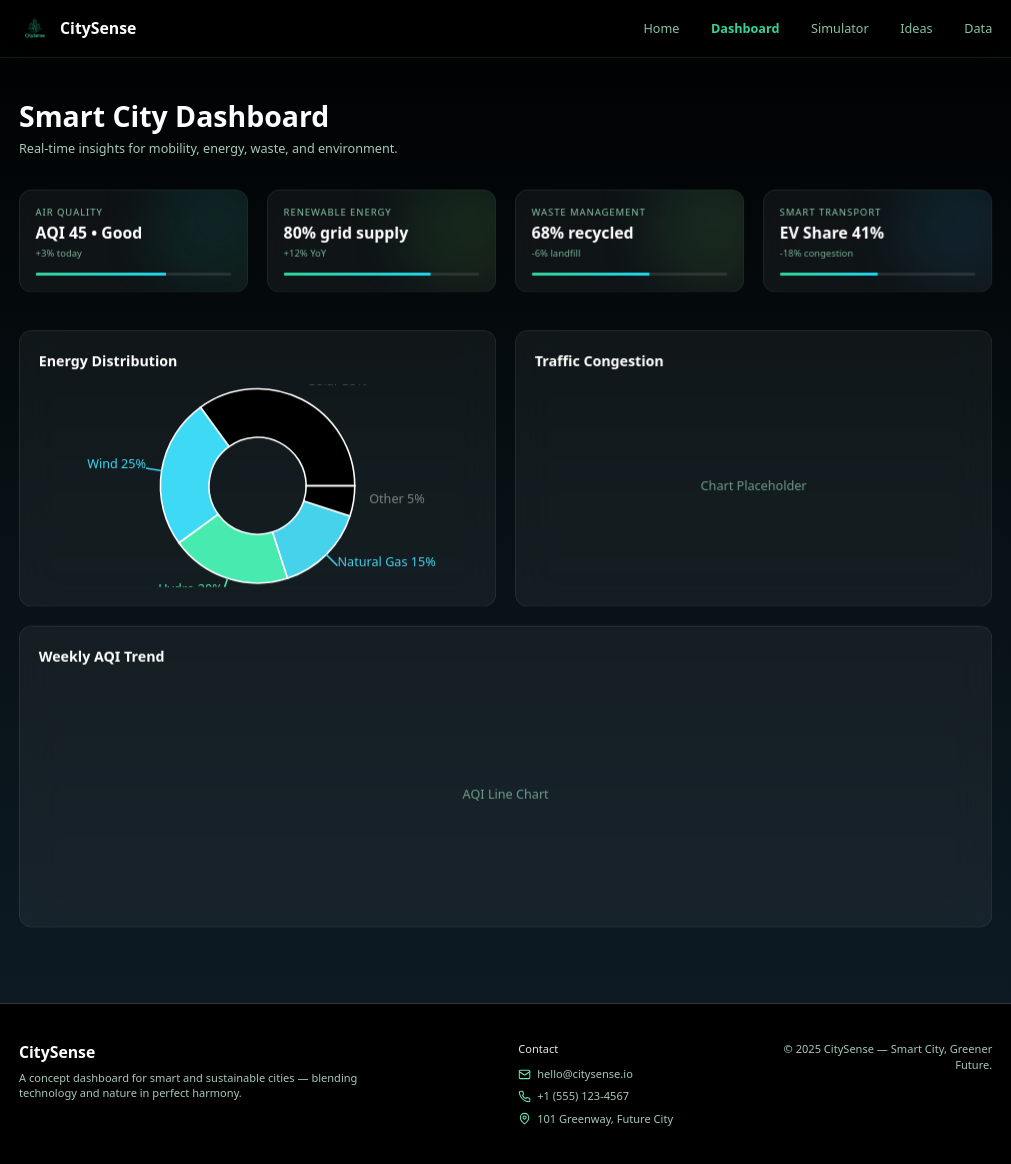
Repository: crashyet/CitySense
Page: /dashboard
An editor plug-in stored every save of this project. The page is shown before and after the next save, followed by the edit.
The browser window is 1280 px wide. The pictures show the whole page, at 79% of full size.
The project was rebuilt for these pictures with package versions that can differ from the ones it lists, and the page was loaded fresh each time. Also part of the build but not shown: vite.config.js, src/pages/landing/Hero.jsx, src/pages/landing/DashboardPreview.jsx, src/pages/landing/Infographic.jsx, src/pages/landing/Community.jsx, src/pages/landing/index.jsx, src/pages/Simulator/index.jsx, src/pages/Ideas/index.jsx and 1 more.

Above is the page before, as saved 2025-11-16 23:00:51.

### src/App.jsx
import { Routes, Route } from "react-router-dom";

import Landing from "./pages/landing";
import Dashboard from "./pages/Dashboardpack";
import Simulator from "./pages/Simulator";
import Ideas from "./pages/Ideas";
import DataPage from "./pages/Data";

export default function App() {
  return (
    <Routes>
      <Route path="/" element={<Landing />} />
      <Route path="/dashboard" element={<Dashboard />} />
      <Route path="/simulator" element={<Simulator />} />
      <Route path="/ideas" element={<Ideas />} />
      <Route path="/data" element={<DataPage />} />
    </Routes>
  );
}

### src/pages/Dashboardpack/index.jsx
import Navbar from "../../components/Navbar";
import Footer from "../../components/Footer";
import EnergyPieChart from "../../components/EnergyPieChart";

export default function Dashboardpack() {
  return (
    <>
      <Navbar />

      <div className="relative w-full bg-gradient-to-b from-black via-[#071014] to-[#0d1a24] text-white pb-24 pt-32">

        <div className="mx-auto max-w-7xl px-6">

          {/* Header */}
          <div className="mb-10">
            <h1 className="text-3xl md:text-4xl font-semibold">Smart City Dashboard</h1>
            <p className="text-emerald-100/80 mt-2">
              Real-time insights for mobility, energy, waste, and environment.
            </p>
          </div>

          {/* Top Stats */}
          <div className="grid grid-cols-1 md:grid-cols-2 lg:grid-cols-4 gap-6 mb-12">

            {/* Card */}
            <div className="group relative overflow-hidden rounded-2xl border border-white/10 bg-white/5 p-5 backdrop-blur-xl transition hover:border-emerald-300/40">
              <div className="absolute -right-10 -top-10 h-40 w-40 rounded-full bg-gradient-to-br
              from-cyan-500/30 to-emerald-500/30 opacity-40 blur-2xl" />

              <div className="relative">
                <p className="text-xs uppercase tracking-widest text-emerald-200/80">Air Quality</p>
                <p className="mt-1 text-xl font-semibold">AQI 45 • Good</p>
                <p className="text-xs text-emerald-200/70 mt-1">+3% today</p>
                <div className="mt-4 h-1 w-full bg-white/10 rounded-full overflow-hidden">
                  <div className="h-full w-2/3 bg-gradient-to-r from-emerald-400 to-cyan-400"></div>
                </div>
              </div>
            </div>

            {/* Card */}
            <div className="group relative overflow-hidden rounded-2xl border border-white/10 bg-white/5 p-5 backdrop-blur-xl transition hover:border-emerald-300/40">
              <div className="absolute -right-10 -top-10 h-40 w-40 rounded-full bg-gradient-to-br
              from-emerald-500/30 to-lime-400/30 opacity-40 blur-2xl" />

              <div className="relative">
                <p className="text-xs uppercase tracking-widest text-emerald-200/80">Renewable Energy</p>
                <p className="mt-1 text-xl font-semibold">80% grid supply</p>
                <p className="text-xs text-emerald-200/70 mt-1">+12% YoY</p>
                <div className="mt-4 h-1 w-full bg-white/10 rounded-full overflow-hidden">
                  <div className="h-full w-3/4 bg-gradient-to-r from-emerald-400 to-cyan-400"></div>
                </div>
              </div>
            </div>

            {/* Card */}
            <div className="group relative overflow-hidden rounded-2xl border border-white/10 bg-white/5 p-5 backdrop-blur-xl transition hover:border-emerald-300/40">
              <div className="absolute -right-10 -top-10 h-40 w-40 rounded-full bg-gradient-to-br
              from-teal-400/30 to-lime-400/30 opacity-40 blur-2xl" />

              <div className="relative">
                <p className="text-xs uppercase tracking-widest text-emerald-200/80">Waste Management</p>
                <p className="mt-1 text-xl font-semibold">68% recycled</p>
                <p className="text-xs text-emerald-200/70 mt-1">-6% landfill</p>
                <div className="mt-4 h-1 w-full bg-white/10 rounded-full overflow-hidden">
                  <div className="h-full w-3/5 bg-gradient-to-r from-emerald-400 to-cyan-400"></div>
                </div>
              </div>
            </div>

            {/* Card */}
            <div className="group relative overflow-hidden rounded-2xl border border-white/10 bg-white/5 p-5 backdrop-blur-xl transition hover:border-emerald-300/40">
              <div className="absolute -right-10 -top-10 h-40 w-40 rounded-full bg-gradient-to-br
              from-cyan-500/30 to-blue-500/30 opacity-40 blur-2xl" />

              <div className="relative">
                <p className="text-xs uppercase tracking-widest text-emerald-200/80">Smart Transport</p>
                <p className="mt-1 text-xl font-semibold">EV Share 41%</p>
                <p className="text-xs text-emerald-200/70 mt-1">-18% congestion</p>
                <div className="mt-4 h-1 w-full bg-white/10 rounded-full overflow-hidden">
                  <div className="h-full w-1/2 bg-gradient-to-r from-emerald-400 to-cyan-400"></div>
                </div>
              </div>
            </div>

          </div>

          {/* 2 Column Charts */}
          <div className="grid grid-cols-1 md:grid-cols-2 gap-6">

            <div className="rounded-2xl border border-white/10 bg-white/5 p-6 backdrop-blur-xl md:col-span-1">
          <h3 className="text-lg font-semibold mb-4">Energy Distribution</h3>

          <div className="h-64">
            <EnergyPieChart />
          </div>
        </div>

            <div className="rounded-2xl border border-white/10 bg-white/5 p-6 backdrop-blur-xl">
              <h3 className="text-lg font-semibold mb-4">Traffic Congestion</h3>
              <div className="h-64 flex items-center justify-center text-emerald-200/60">
                Chart Placeholder
              </div>
            </div>

            <div className="rounded-2xl border border-white/10 bg-white/5 p-6 backdrop-blur-xl md:col-span-2">
              <h3 className="text-lg font-semibold mb-4">Weekly AQI Trend</h3>
              <div className="h-72 flex items-center justify-center text-emerald-200/60">
                AQI Line Chart
              </div>
            </div>

          </div>
        </div>
      </div>

      <Footer />
    </>
  );
}

### src/components/Navbar.jsx
import { NavLink } from "react-router-dom";
import { useState } from "react";
import Logo from "../assets/logo.png"; // sesuaikan path logo

export default function Navbar() {
  const [open, setOpen] = useState(false);

  const linkClass = ({ isActive }) =>
    isActive
      ? "text-emerald-400 font-semibold"
      : "text-emerald-200/80 hover:text-white";

  return (
    <header className="fixed w-full z-50 bg-black/40 backdrop-blur-xl border-b border-emerald-400/20 px-6 py-4">
      <div className="max-w-7xl mx-auto flex justify-between items-center">

        {/* LOGO */}
        <NavLink to="/" className="flex items-center gap-3">
          <img src={Logo} className="w-10 h-10" />
          <span className="text-xl text-white font-semibold">CitySense</span>
        </NavLink>

        {/* DESKTOP NAV */}
        <nav className="hidden md:flex gap-10">
          <NavLink to="/" className={linkClass}>Home</NavLink>
          <NavLink to="/dashboard" className={linkClass}>Dashboard</NavLink>
          <NavLink to="/simulator" className={linkClass}>Simulator</NavLink>
          <NavLink to="/ideas" className={linkClass}>Ideas</NavLink>
          <NavLink to="/data" className={linkClass}>Data</NavLink>
        </nav>

        {/* MOBILE BUTTON */}
        <button className="md:hidden text-white" onClick={() => setOpen(!open)}>
          {open ? "✖" : "☰"}
        </button>
      </div>

      {/* MOBILE NAV */}
      {open && (
        <div className="md:hidden bg-black/60 backdrop-blur-lg px-6 pb-4 flex flex-col gap-3">
          <NavLink onClick={() => setOpen(false)} to="/" className="text-white">Home</NavLink>
          <NavLink onClick={() => setOpen(false)} to="/dashboard" className="text-white">Dashboard</NavLink>
          <NavLink onClick={() => setOpen(false)} to="/simulator" className="text-white">Simulator</NavLink>
          <NavLink onClick={() => setOpen(false)} to="/ideas" className="text-white">Ideas</NavLink>
          <NavLink onClick={() => setOpen(false)} to="/data" className="text-white">Data</NavLink>
        </div>
      )}
    </header>
  );
}

### src/components/Footer.jsx
import React from "react";

const Footer = () => {
  return (
    <footer id="contact" className="relative w-full bg-black text-white">
      <div className="mx-auto max-w-7xl px-6 py-12">

        <div className="grid grid-cols-1 gap-8 md:grid-cols-4">

          {/* Brand */}
          <div className="col-span-2">
            <h4 className="text-xl font-semibold">CitySense</h4>
            <p className="mt-2 max-w-md text-sm text-emerald-100/80">
              A concept dashboard for smart and sustainable cities — blending
              technology and nature in perfect harmony.
            </p>
          </div>

          {/* Contact */}
          <div>
            <p className="text-sm font-medium text-white/90">Contact</p>
            <ul className="mt-3 space-y-2 text-sm text-emerald-100/80">

              <li className="flex items-center gap-2">
                <svg xmlns="http://www.w3.org/2000/svg" width="24" height="24"
                  viewBox="0 0 24 24" fill="none" stroke="currentColor"
                  strokeWidth="2" strokeLinecap="round" strokeLinejoin="round"
                  className="lucide lucide-mail h-4 w-4 text-emerald-300">
                  <rect width="20" height="16" x="2" y="4" rx="2"></rect>
                  <path d="m22 7-8.97 5.7a1.94 1.94 0 0 1-2.06
                    0L2 7"></path>
                </svg>
                hello@citysense.io
              </li>

              <li className="flex items-center gap-2">
                <svg xmlns="http://www.w3.org/2000/svg" width="24" height="24"
                  viewBox="0 0 24 24" fill="none" stroke="currentColor"
                  strokeWidth="2" strokeLinecap="round" strokeLinejoin="round"
                  className="lucide lucide-phone h-4 w-4 text-emerald-300">
                  <path d="M22 16.92v3a2 2 0 0 1-2.18
                    2 19.79 19.79 0 0 1-8.63-3.07 19.5
                    19.5 0 0 1-6-6 19.79 19.79 0 0
                    1-3.07-8.67A2 2 0 0 1 4.11 2h3a2
                    2 0 0 1 2 1.72 12.84 12.84 0 0
                    0 .7 2.81 2 2 0 0 1-.45
                    2.11L8.09 9.91a16 16 0 0 0 6
                    6l1.27-1.27a2 2 0 0 1 2.11-.45
                    12.84 12.84 0 0 0 2.81.7A2
                    2 0 0 1 22 16.92z"></path>
                </svg>
                +1 (555) 123-4567
              </li>

              <li className="flex items-center gap-2">
                <svg xmlns="http://www.w3.org/2000/svg" width="24" height="24"
                  viewBox="0 0 24 24" fill="none" stroke="currentColor"
                  strokeWidth="2" strokeLinecap="round" strokeLinejoin="round"
                  className="lucide lucide-map-pin h-4 w-4 text-emerald-300">
                  <path d="M20 10c0 6-8 12-8
                    12s-8-6-8-12a8 8 0 0 1
                    16 0Z"></path>
                  <circle cx="12" cy="10" r="3"></circle>
                </svg>
                101 Greenway, Future City
              </li>

            </ul>
          </div>

          {/* Copyright */}
          <div className="md:text-right">
            <p className="text-sm text-emerald-100/80">
              © 2025 CitySense — Smart City, Greener Future.
            </p>
          </div>

        </div>
      </div>
    </footer>
  );
};

export default Footer;

### src/components/EnergyPieChart.jsx
import { PieChart, Pie, Cell, Tooltip, ResponsiveContainer } from "recharts";
import { color } from "three/tsl";

const data = [
  { name: "Solar", value: 35, colo: "blue" },
  { name: "Wind", value: 25, color: "hsl(189 90% 60%)" },
  { name: "Hydro", value: 20, color: "hsl(158 80% 60%)" },
  { name: "Natural Gas", value: 15, color: "hsl(189 80% 60%)" },
  { name: "Other", value: 5,},
];

export default function EnergyPieChart() {
  return (
    <div className="w-full h-full">
      <ResponsiveContainer width="100%" height="100%">
        <PieChart>
          <Pie
            data={data}
            dataKey="value"
            nameKey="name"
            cx="50%"
            cy="50%"
            innerRadius="50%"
            outerRadius="100%"
            stroke="#fff"
            strokeWidth={2}
            label={({ name, value }) => `${name} ${value}%`}
            labelLine={true}
          >
            {data.map((entry, index) => (
              <Cell key={index} fill={entry.color} />
            ))}
          </Pie>

          <Tooltip
            contentStyle={{
              background: "rgba(255,255,255,0.1)",
              border: "1px solid rgba(255,255,255,0.2)",
              backdropFilter: "blur(10px)",
              color: "#fff",
            }}
          />
        </PieChart>
      </ResponsiveContainer>
    </div>
  );
}

Loaded but not shown: index.html (common file); src/main.jsx (common file); src/index.css (common file); tailwind.config.js (common file)

After the next save:
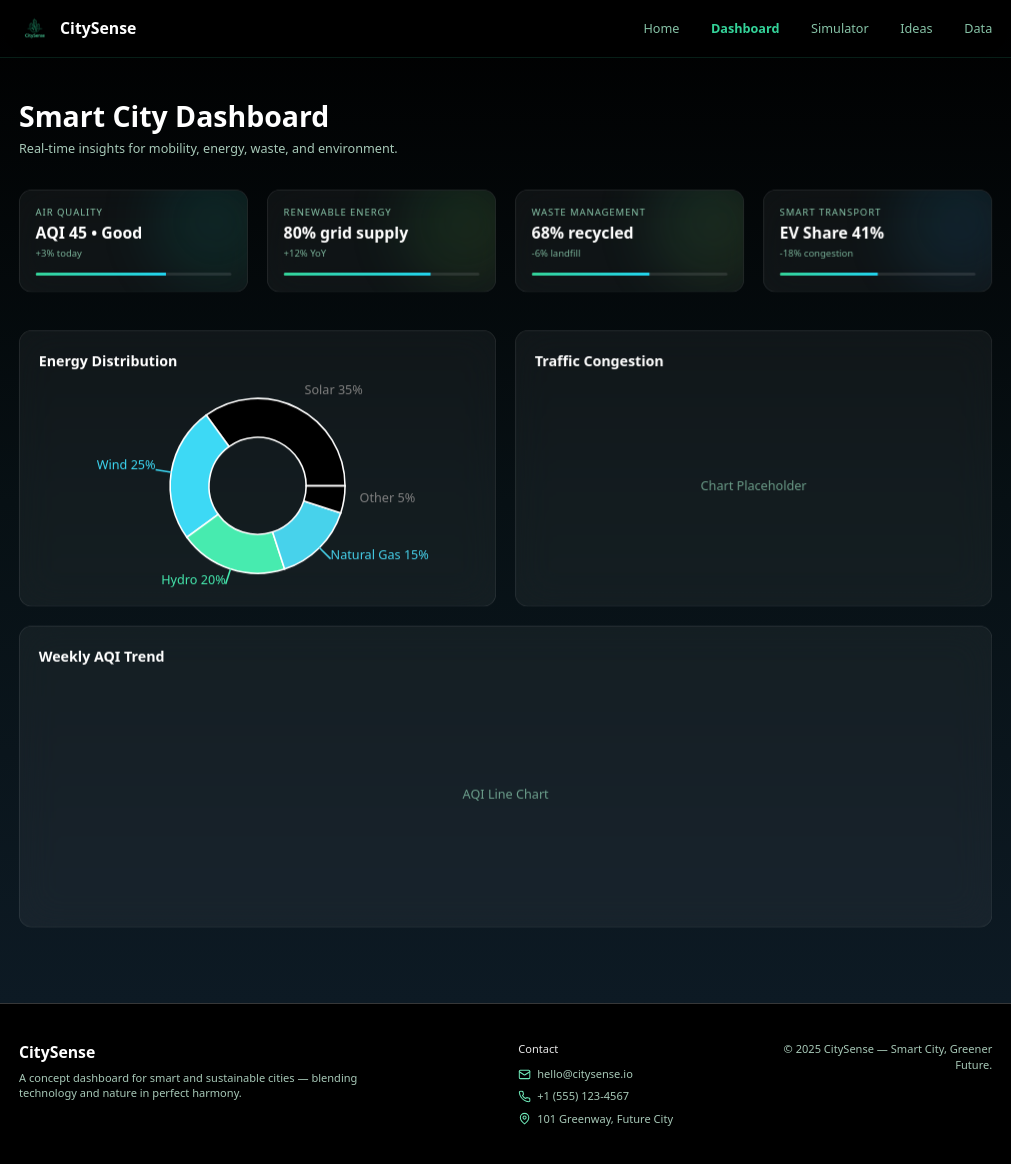
Saved 6 s later.
--- a/src/components/EnergyPieChart.jsx
+++ b/src/components/EnergyPieChart.jsx
@@ -21,7 +21,7 @@ export default function EnergyPieChart() {
             cx="50%"
             cy="50%"
             innerRadius="50%"
-            outerRadius="100%"
+            outerRadius="90%"
             stroke="#fff"
             strokeWidth={2}
             label={({ name, value }) => `${name} ${value}%`}
